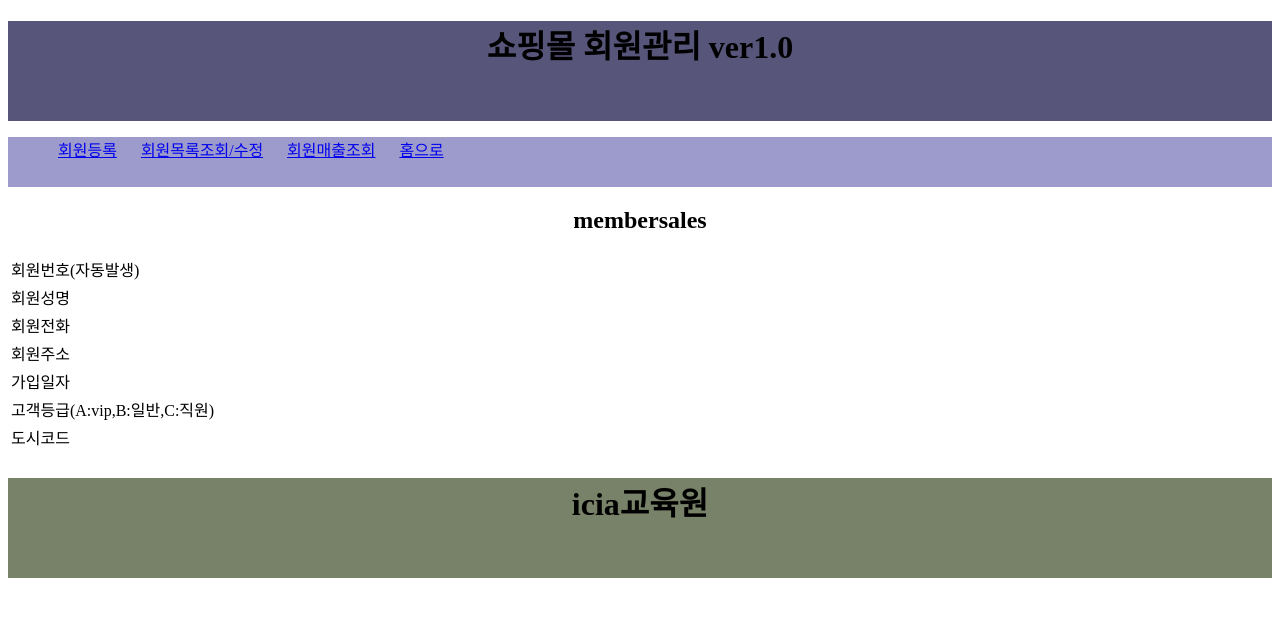
Repository: Kim-seongjun/javastudy2
Page: http://localhost/back_end_test/membersales
The author's editor kept a copy of each file at every save. The page is drawn from the files as they stood at one save, then again after the next save.
The browser window is 1280 px wide. The pictures show the whole page.
The page is served by Tomcat 9.

Above is the page before, as saved 2020-01-22 05:56:37.

After the next save:
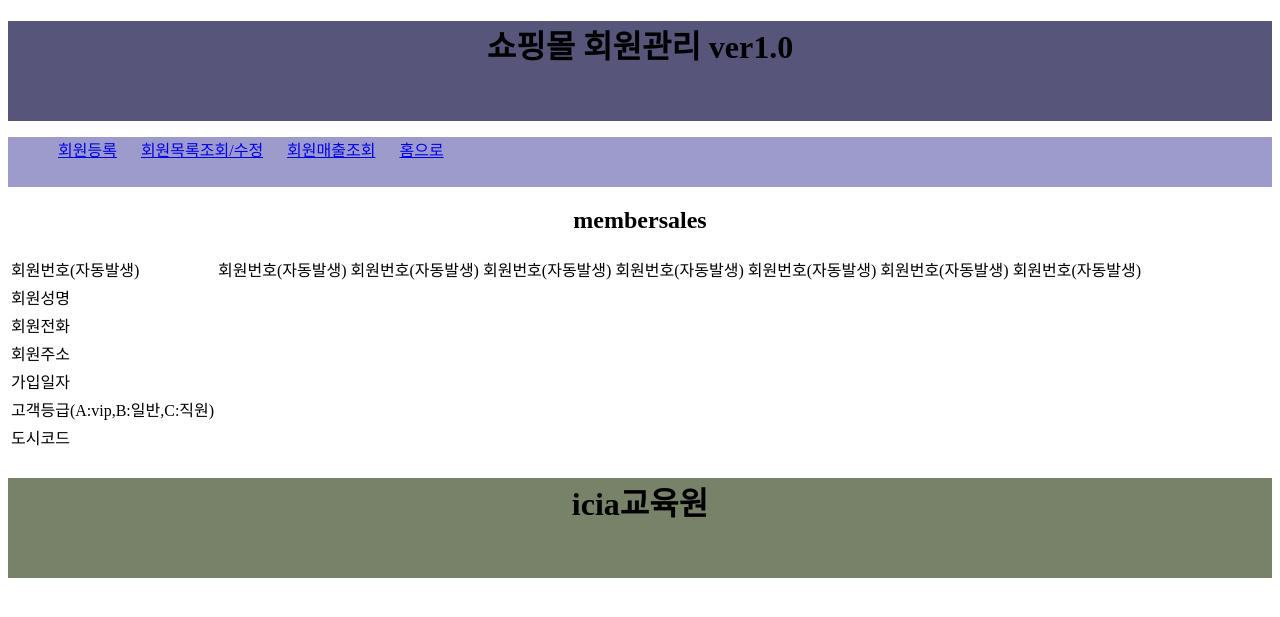
Saved 24 s later.
--- a/back_end_test/WebContent/membersales.jsp
+++ b/back_end_test/WebContent/membersales.jsp
@@ -43,6 +43,13 @@
 				<table>
 					<tr>
 						<td>회원번호(자동발생)</td>
+						<td>회원번호(자동발생)</td>
+						<td>회원번호(자동발생)</td>
+						<td>회원번호(자동발생)</td>
+						<td>회원번호(자동발생)</td>
+						<td>회원번호(자동발생)</td>
+						<td>회원번호(자동발생)</td>
+						<td>회원번호(자동발생)</td>
 						<td></td>
 					</tr>
 					<tr>
